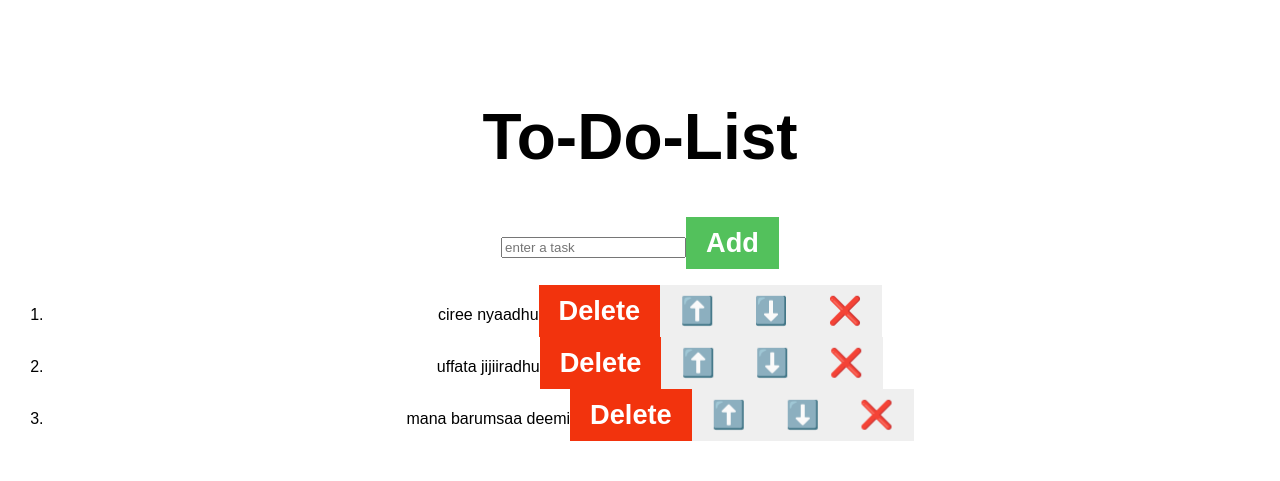
Repository: wakoya-tech/to-do-list-app
Page: /
An editor plug-in stored every save of this project. The page is shown before and after the next save, followed by the edit.
The browser window is 1280 px wide. The pictures show the whole page.
The project was rebuilt for these pictures with package versions that can differ from the ones it lists, and the page was loaded fresh each time. Also part of the build but not shown: vite.config.js, src/App.css.

Above is the page before, as saved 2025-10-16 16:45:53.

### src/App.jsx
import { useState } from 'react'
import './App.css'
import ToDoList from './ToDoList.jsx'
function App() {
 return(<>

 <ToDoList/>
 </>)
}

export default App

### src/index.css
.to-do-list{
  font-family: Arial, Helvetica, sans-serif;
  text-align: center;
  margin-top: 100px;

}
h1{
  font-size: 4rem;
}
button{
  font-size: 1.7rem;
  font-weight: bold;
  padding: 10px 20px;
  color: white;
  border: none;
  cursor: pointer;
  transition: background-color 0.5 ease;
}
.add-button
{
background-color: hsl(125,47%,54%);
}
.add-button:hover{
  background-color: hsl(124, 82%, 13%);
}
.delete-button{
  background-color: hsl(10,90%,50%);
}
.delete-button:hover{
  background-color: hsl(10, 85%, 28%);
}

### src/ToDoList.jsx
import React,{useState} from 'react'

function ToDoList() {
    const [tasks,setTasks]=useState(["ciree nyaadhu","uffata jijiiradhu","mana barumsaa deemi"])
    const [newTask,setNewTask]=useState("");
    function handleInputChange(e){
      setNewTask(e.target.value)
    }
    function addTask(){

    }
    function deleteTask(index){

    }
    function moveTaskUp(index){

    }
    function moveTaskDown(index){

    }
  return (
    <div className='to-do-list'>
<h1>To-Do-List</h1>
<div>
    <input type="text" placeholder='enter a task'
    value={newTask} onChange={handleInputChange}/>
 <button className='add-button' onClick={addTask}>Add </button>
</div>
<ol>
    {tasks.map((task,index)=><li key={index}>
    <span className='text'>
        {task}
    <button className='delete-button' onChange={deleteTask}>Delete</button>
    <button className='move-up-button'onClick={moveTaskUp}>⬆️</button>
    <button className='move-down-button'onClick={moveTaskDown}>⬇️</button>
    <button onClick={() => deleteTask(index)}>❌</button>
    </span>
    </li>)}
</ol>
    </div>
  )
}

export default ToDoList

Loaded but not shown: index.html (common file); src/main.jsx (common file)

After the next save:
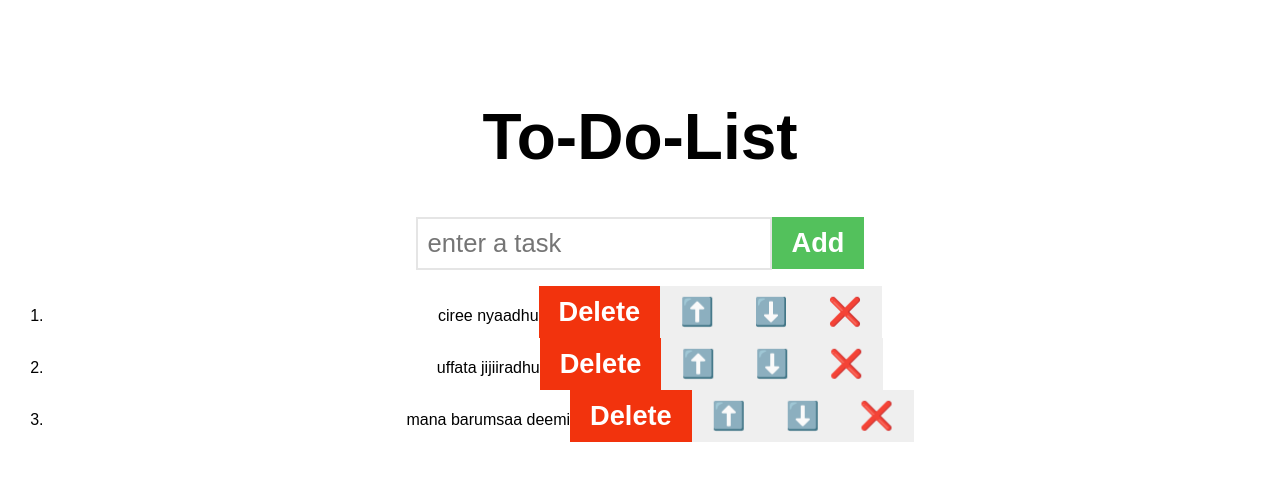
Saved 3 min 4 s later.
--- a/src/index.css
+++ b/src/index.css
@@ -29,3 +29,8 @@ background-color: hsl(125,47%,54%);
 .delete-button:hover{
   background-color: hsl(10, 85%, 28%);
 }
+input[type="text"]{
+  font-size: 1.6rem;
+  padding: 10px;
+  border: 2px solid hsla(0,0%,80%,0.5);
+}
